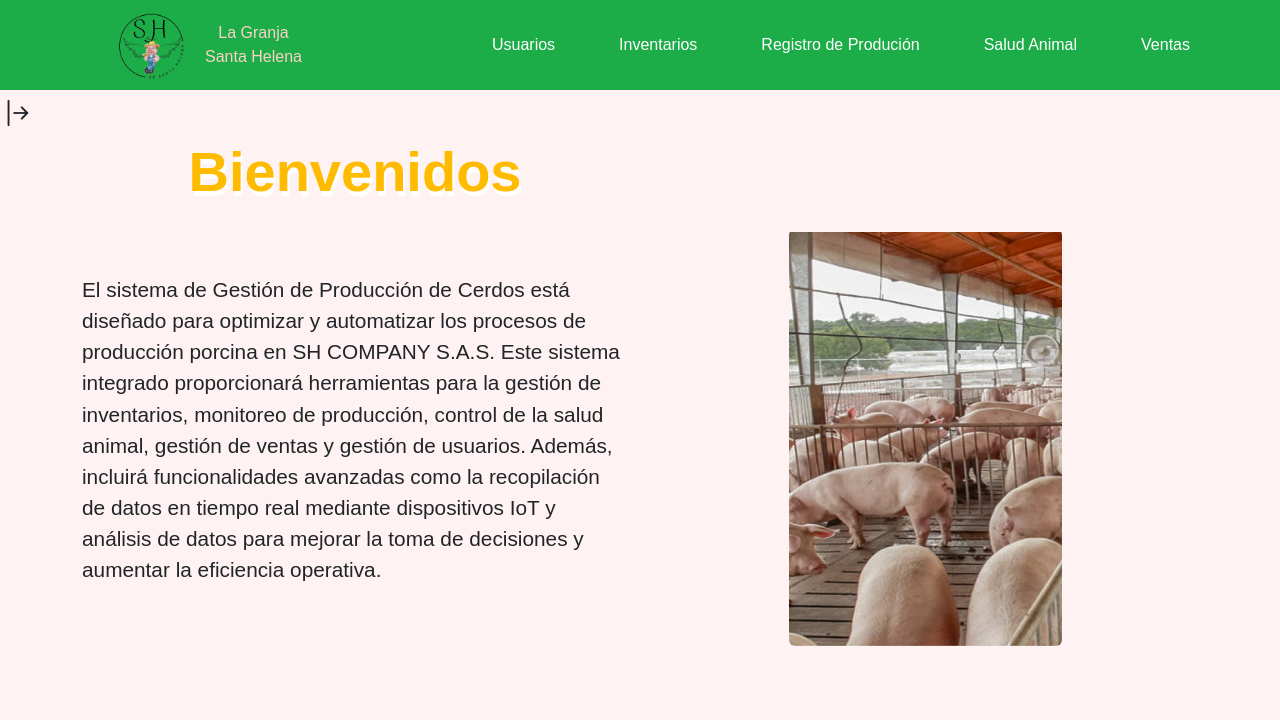
Repository: Mateojimenezz/Granja-Santa-Helena
Page: paginaDeInicio.html
The author's editor kept a copy of each file at every save. The page is drawn from the files as they stood at one save, then again after the next save.
The browser window is 1280 px wide. The pictures show the whole page.
Some web fonts or font styles are not loaded; a fallback is used.

Above is the page before, as saved 2025-03-31 15:26:38.

After the next save:
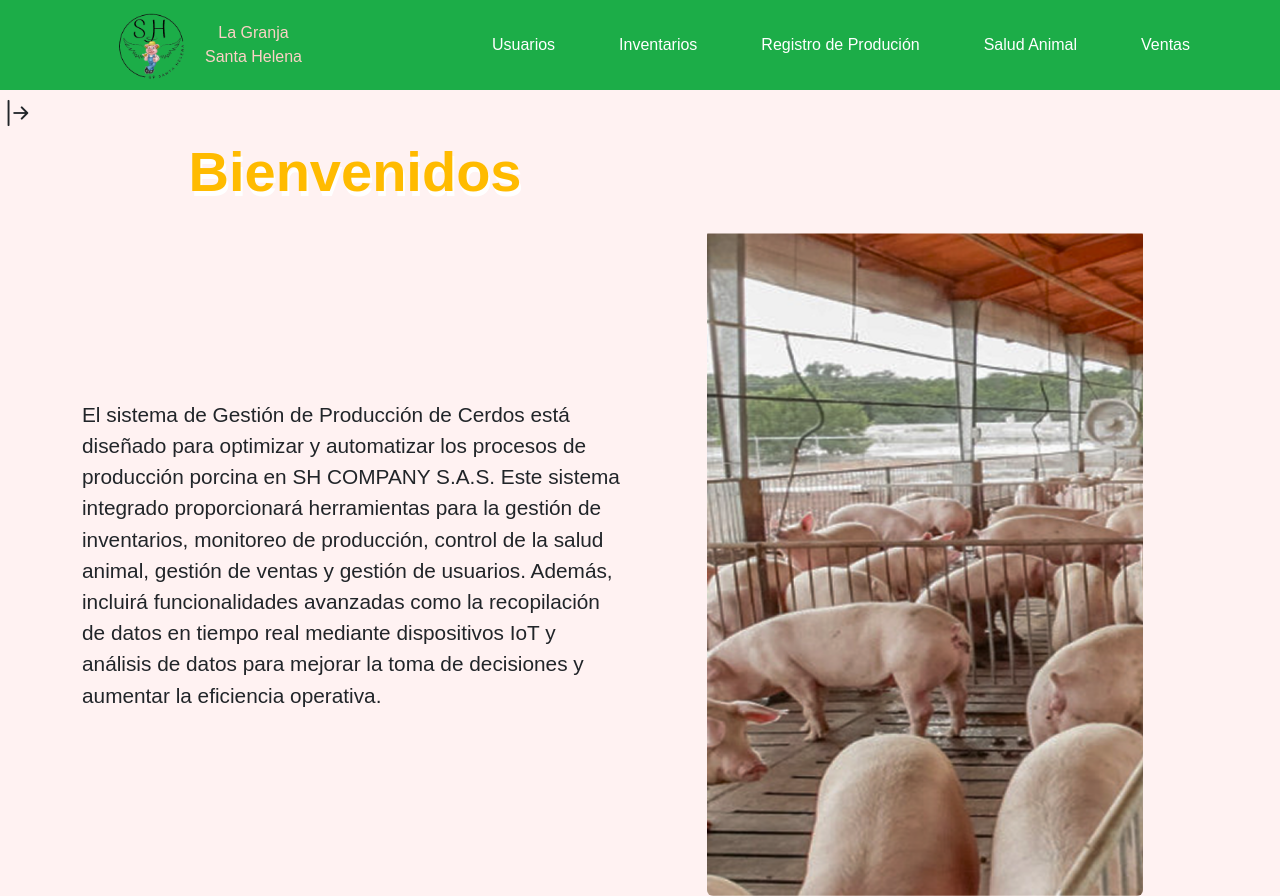
Saved 7 s later.
--- a/paginaDeInicio.html
+++ b/paginaDeInicio.html
@@ -75,7 +75,7 @@
       <!-- Imagen -->
       <article class="col-12 col-lg-6 d-flex justify-content-center align-items-center ">
         <img
-          src="assets/img/Upload-5a8315b810a15-13022018 1.png"  width="50%" height="200px"
+          src="assets/img/Upload-5a8315b810a15-13022018 1.png"  width="80%" height="200px"
           class="img-fluid rounded"
           alt="Fotografía de la granja"
         />
